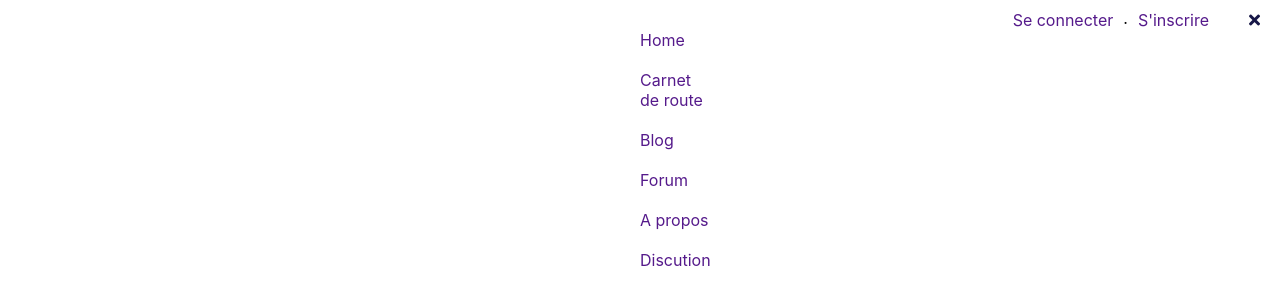
Repository: ypiard85/korean-place
Page: templates/home/index.html.twig
The author's editor kept a copy of each file at every save. The page is drawn from the files as they stood at one save, then again after the next save.
The browser window is 1280 px wide. The pictures show the whole page.
Some web libraries are served in a nearby version. The page is a Twig template of a Symfony application; nobody is signed in and links lead nowhere. The template is opened directly, without the code that normally fills it, so the values that code supplies are empty.

Above is the page before, as saved 2021-02-10 23:19:03.

After the next save:
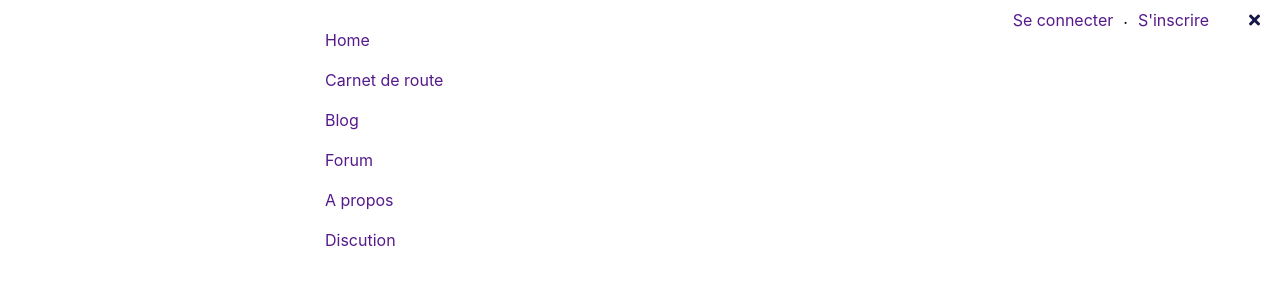
Saved 10 s later.
--- a/public/css/style.css
+++ b/public/css/style.css
@@ -105,8 +105,8 @@ ul{
 .mobile_link ul{
     display: grid;
     grid-gap: 20px;
-    padding-left: 50%;
-    padding-right: 50%;
+    padding-left: 25%;
+    padding-right: 25%;
 }
 
 @media screen and (max-width: 800px){
